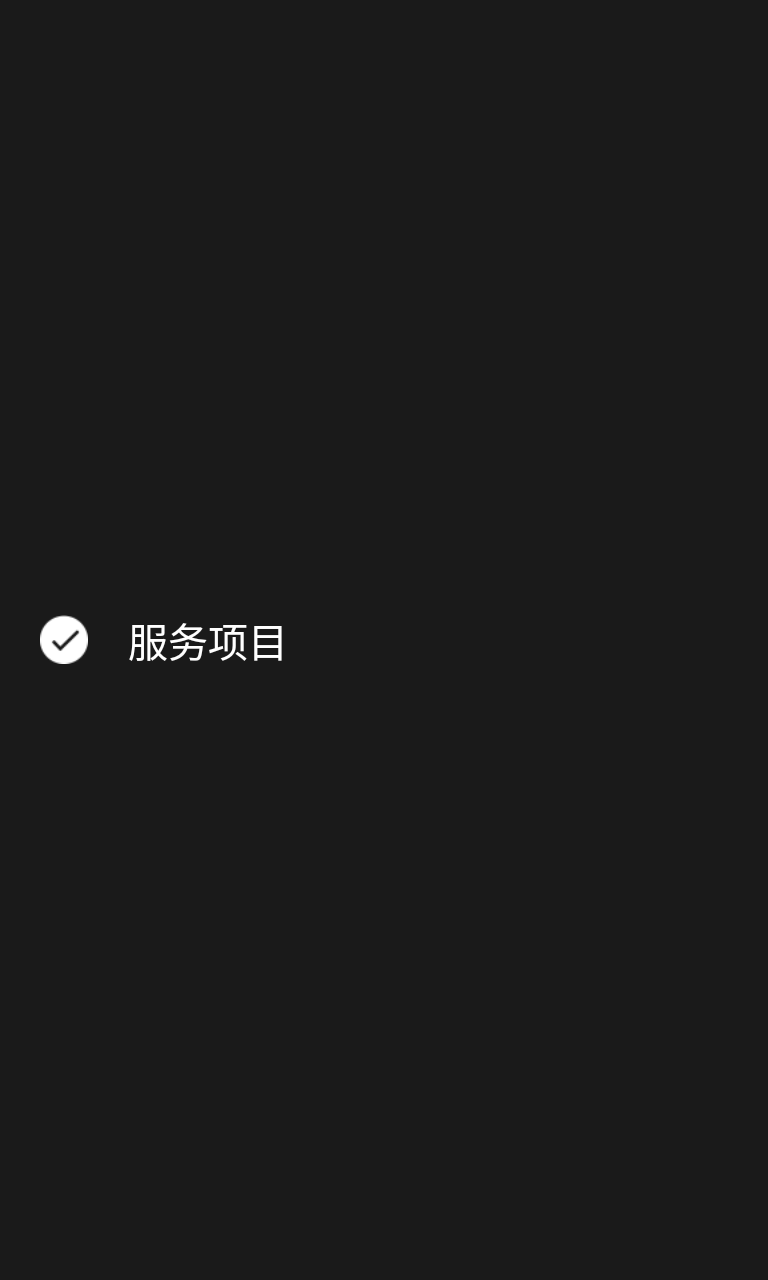
Repository: appleseedez/rongmeme-android
Layout: rmm/res/layout/star_small_item_appointment.xml
An editor plug-in stored every save of this project. The layout is shown before and after the next save, followed by the edit.
It is drawn on a 768 x 1280 px phone screen (xhdpi) without system bars, with theme AppTheme; the app's code is not run.

Above is the layout before, as saved 2014-07-02 13:09:47.

### rmm/res/layout/star_small_item_appointment.xml
<?xml version="1.0" encoding="utf-8"?>
<RelativeLayout xmlns:android="http://schemas.android.com/apk/res/android"
    android:id="@+id/ssi_top_navigation_bar"
    android:layout_width="fill_parent"
    android:layout_height="60dp"
    android:background="@drawable/small_category_bg_n" >

    <ImageButton
        android:id="@+id/ssia_small_category_checkbox_imageButton"
        android:layout_width="wrap_content"
        android:layout_height="wrap_content"
        android:layout_centerVertical="true"
        android:layout_marginLeft="20dp"
        android:background="@null"
        android:contentDescription="@string/ssia_small_category_checkbox_imageButton_desc"
        android:src="@drawable/item_checked" />

    <TextView
        android:id="@+id/ssia_small_category_name_title"
        android:layout_width="wrap_content"
        android:layout_height="wrap_content"
        android:layout_alignParentRight="true"
        android:layout_centerVertical="true"
        android:layout_marginLeft="20dp"
        android:layout_toRightOf="@id/ssia_small_category_checkbox_imageButton"
        android:singleLine="true"
        android:text="@string/ssia_small_category_name_title_text"
        android:textColor="@color/white"
        android:textSize="20sp" />

    <View
        android:layout_width="match_parent"
        android:layout_height="1.5dp"
        android:background="@null" >
    </View>

</RelativeLayout>

### rmm/res/values/styles.xml
<resources xmlns:android="http://schemas.android.com/apk/res/android">

    <!-- Application theme. -->
    <style name="AppTheme" parent="@android:style/Theme.Black.NoTitleBar">
        <!-- All customizations that are NOT specific to a particular API-level can go here. -->
    </style>

    <style name="CustomCheckboxTheme" parent="@android:style/Widget.CompoundButton.CheckBox">
        <item name="android:button">@drawable/checkbox_style</item>
    </style>

    <style name="title">
        <item name="android:layout_height">wrap_content</item>
        <item name="android:layout_width">wrap_content</item>
        <item name="android:background">@null</item>
        <item name="android:gravity">center</item>
        <item name="android:textColor">@android:color/white</item>
        <item name="android:textSize">18sp</item>
    </style>

    <style name="button" parent="@style/title">
        <item name="android:background">@drawable/btn_button</item>
    </style>

    <style name="title.small" parent="@style/title">
        <item name="android:textSize">16sp</item>
    </style>

    <style name="itembg">
        <item name="android:background">#44aaaaaa</item>
        <item name="android:minHeight">60dip</item>
        <item name="android:paddingBottom">14dip</item>
        <item name="android:paddingLeft">20dip</item>
        <item name="android:paddingRight">20dip</item>
        <item name="android:paddingTop">14dip</item>
    </style>

    <style name="edit">
        <item name="android:layout_height">wrap_content</item>
        <item name="android:layout_width">wrap_content</item>
        <item name="android:textColorHint">@android:color/white</item>
        <item name="android:background">@drawable/edit</item>
        <item name="android:textColor">#797979</item>
        <item name="android:paddingLeft">10dip</item>
    </style>

    <style name="ratingbar" parent="@android:style/Widget.RatingBar">
        <item name="android:progressDrawable">@drawable/ratingbar</item>
        <item name="android:indeterminateDrawable">@drawable/ratingbar</item>
        <item name="android:minHeight">22dip</item>
        <item name="android:maxHeight">22dip</item>
    </style>

    <style name="share">
        <item name="android:layout_height">wrap_content</item>
        <item name="android:layout_width">wrap_content</item>
        <item name="android:minHeight">120dip</item>
        <item name="android:scaleType">centerInside</item>
        <item name="android:background">#44aaaaaa</item>
    </style>

    <style name="dialog" parent="@android:style/Theme.Dialog">
        <item name="android:windowIsTranslucent">false</item>
        <item name="android:windowNoTitle">true</item>
        <item name="android:windowFrame">@null</item>
        <item name="android:windowBackground">@android:color/transparent</item>
        <item name="android:windowIsFloating">true</item>
        <item name="android:windowContentOverlay">@null</item>
        <item name="android:windowTitleStyle">@null</item>
        <item name="android:windowAnimationStyle">@android:style/Animation.Dialog</item>
        <item name="android:windowSoftInputMode">stateUnspecified|adjustPan</item>
        <item name="android:backgroundDimEnabled">false</item>
        <item name="android:background">@android:color/transparent</item>
    </style>

    <style name="order_server_empty">
        <item name="android:layout_height">wrap_content</item>
        <item name="android:layout_width">0dp</item>
        <item name="android:drawableTop">@drawable/icon_order_server_empty</item>
        <item name="android:gravity">center_horizontal</item>
        <item name="android:drawablePadding">10dp</item>
        <item name="android:text">@string/order_server_text_default</item>
        <item name="android:textColor">@android:color/white</item>
        <item name="android:textSize">16sp</item>
    </style>

</resources>

### rmm/res/values/strings.xml
<?xml version="1.0" encoding="utf-8"?>
<resources>
    <string name="app_name">蓉么么</string>
    <string name="menu_settings">Settings</string>
    <string name="pull_to_refresh_tap_label">Tap to refresh</string>
    <string name="pull_to_refresh_refreshing_label">刷新</string>
    <string name="pull_to_refresh_footer_refreshing_label">加载中</string>
    <string name="refresh_down_text">下拉刷新</string>
    <string name="refresh_release_text">松开后刷新</string>
    <string name="xlistview_header_hint_normal">下拉刷新</string>
    <string name="xlistview_header_hint_ready">松开刷新数据</string>
    <string name="xlistview_header_hint_loading">正在加载...</string>
    <string name="xlistview_header_last_time">上次更新时间：</string>
    <string name="xlistview_footer_hint_normal">查看更多</string>
    <string name="xlistview_footer_hint_ready">松开载入更多</string>
    <string name="no_network_connected_status_pop">亲网络不给力啊</string>
    <string name="no_location_error">暂时无法获取当前位置</string>
    <string name="nha_no_net_work_toast">亲，没有网络，请返回在设置中打开网络连接才能定位。</string>
    <!-- dengjie -->
    <string name="back_navigation_imagebutton_desc">返回按钮</string>
    <string name="cleaning_tv_title_text">保洁</string>
    <string name="cleaning_view_flow_btn_text">观看流程</string>
    <string name="cleaning_custom_flow_btn_text">我要定制</string>
    <string name="si_big_category_start_level_imageview_desc">保洁星级服务大类icon</string>
    <string name="si_big_category_pull_down_imageButton_desc">保洁星级下拉按钮icon</string>
    <string name="ssi_small_category_name_title_text">服务项目</string>
    <string name="ssi_small_category_checkbox_imageButton_desc">勾选框</string>
    <string name="he_tv_title_text">钟点工</string>
    <string name="he_next_flow_button_desc">钟点工下一步按钮</string>
    <string name="employee_default_nickname_text">钟艳</string>
    <string name="employee_head_portrait_imageview_des">钟点工的圆角头像</string>
    <string name="ca_tip_msg_textview_defalut_text">您选择了一星保洁服务</string>
    <string name="ca_confirm_appointment_btn_text">确认预约</string>
    <string name="ca_contact_custom_service_text">联系客服</string>
    <string name="ssia_small_category_checkbox_imageButton_desc">勾选框</string>
    <string name="ssia_small_category_name_title_text">服务项目</string>
    <string name="cc_confirm_appointment_btn_text">确认预约</string>
    <string name="cc_contact_custom_service_text">联系客服</string>
    <string name="cc_tip_msg_textview_defalut_text">请选择您需要的服务</string>
    <string name="cc_tv_title_text">自选服务</string>
    <string name="hsa_tv_title_text">预约</string>
    <string name="hsa_tip_msg_textview_defalut_text">您已选择以下服务人员</string>
    <string name="hsa_send_appointment_btn_text">发送预约</string>
    <string name="hsa_phone_textview_hint">请输入手机号码</string>
    <string name="nmd_msg_content_textview_default_text">预约单已经发送\n稍后客服人员会通过\n%s\n联系您</string>
    <string name="nmd_msg_content_textview_default_faild_text">亲网络不好，请稍等一下</string>
    <string name="nmd_close_btn_desc">弹出框的描述</string>
    <string name="sss_tv_title_text">选择门店</string>
    <string name="he_send_appointment_no_phone_error">请输入手机号</string>
    <string name="confirm_custom_appointment_no_check">请选择服务内容</string>

    <item name="cleaning_big_category_tag" type="id"></item>

    <!-- dengjie -->

	<!-- Common -->
	  <string name="image_content_description">占位图标</string>

    <!-- Portal -->
    <string name="activity_label_app_portal">AppPortal</string>
    <string name="label_app_portal_user_center">个人中心</string>
    <string name="label_app_portal_dry_cleaning">干洗</string>
    <string name="label_app_portal_scan_barcode">扫一扫</string>

    <!-- Navigator -->
    <string name="label_navigator_backward">返回</string>
    <string name="label_navigator_forward"></string>
    <string name="label_navigator_forward_refresh">刷新</string>
    <string name="label_navigator_forward_comment">评价</string>
    <string name="label_navigator_title"></string>

    <!-- Dry Cleaning -->
    <string name="activity_label_dry_cleaning_portal">干洗</string>
    <string name="activity_label_dry_cleaning_reservation">干洗预约单</string>
    <string name="dry_cleaning_navigator_title">干洗列表</string>
    <string name="dry_cleaning_navigator_forward">选择</string>
    <string name="dry_cleaning_reserve_title">干洗预约</string>
    <string name="dry_cleaning_reserve_support">联系客服</string>
    <string name="dry_cleaning_reserve_telephone">联系电话</string>
    <string name="dry_cleaning_reserve_address">联系地址</string>
    <string name="dry_cleaning_reserve_confirmed">确认预定</string>
    <string name="dry_cleaning_reserve_failture">预定失败</string>
     <string name="dry_cleaning_reserve_disclaimer_title">免责声明</string>
    <string name="dry_cleaning_reserve_disclaimer">免责声明免责声明免责声明免责声明免责声明免责声明免责声明免责声明免责声明免责声明免责声明免责声明免责声明免责声明免责声明免责声明免责声明免责声明免责声明免责声明免责声明免责声明免责声明免责声明免责声明免责声明免责声明免责声明</string>
    <string name="dry_cleaning_reserve_disclaimer_accept">同意</string>
    <string name="dry_cleaning_reserve_disclaimer_notification">请查看并同意免责声明</string>
    <string name="dry_cleaning_reserve_good">物品</string>
    <string name="dry_cleaning_reserve_amount">数量</string>
    <string name="dry_cleaning_reserve_price">单价</string>
    <string name="dry_cleaning_reserve_total_price">总计</string>
    <string name="dry_cleaning_reserve_send_reservation">发送预约</string>
    <string name="dry_cleaning_reserve_notification_part_a">预约单已经发送\n稍后客服人员会通过\n</string>
    <string name="dry_cleaning_reserve_notification_part_b">\n联系您</string>

    <!-- User Center -->
    <string name="activity_label_user_center_portal">个人中心</string>
    <string name="activity_label_user_order_detail">订单详情</string>
    <string name="activity_label_user_profile">个人设置</string>
    <string name="user_center_forward_label">个人设置</string>
    <string name="user_profile_telephone_label">联系电话</string>
    <string name="user_profile_address_label">联系地址</string>
    <string name="user_profile_address_changed_success">修改成功</string>
    <string name="user_profile_address_changed_failture">修改失败</string>
    <string name="title_activity_order_portal">OrderPortal</string>

    <!-- User Order -->
    <string name="order_type_text_unknown">未知订单</string>
    <string name="order_type_text_cleaning">保洁订单</string>
    <string name="order_type_text_dry_cleaning">干洗订单</string>
    <string name="order_status_text_unknown">未服务</string>
    <string name="order_status_text_pending">未服务</string>
    <string name="order_status_text_unassigned">处理中</string>
    <string name="order_status_text_serving">服务中</string>
    <string name="order_status_text_served">已完成</string>
    <string name="order_status_text_served_text">服务完成</string>
    <string name="order_status_text_cancelled">取消</string>
    <string name="order_service_text_title">名称</string>
    <string name="order_service_text_amount">数量</string>
    <string name="order_service_text_price">单价</string>
    <string name="order_service_text_total_price">总计</string>

    <!-- Payment -->
    <string name="payment_alipay_label">使用支付宝支付</string>
    <string name="payment_alipay_success">支付成功</string>
    <string name="payment_alipay_failture">支付成功</string>
    <string name="payment_order_type_cleaning">蓉么么保洁服务订单</string>
    <string name="payment_order_type_dry_cleaning">蓉么么干洗服务订单</string>
    <string name="payment_order_type_hourly_worker">蓉么么钟点工服务订单</string>
    <string name="payment_order_description">随便说说就好 这是文案</string>
</resources>

### rmm/res/values/colors.xml
<?xml version="1.0" encoding="utf-8"?>
<resources>

    <color name="title">#ba4c62</color>
    <color name="black">#000000</color>
    <color name="white">#FFFFFF</color>
    <color name="blue">#6BADF6</color>
    <!-- 自定义的颜色，通用颜色 -->
    <!-- R:180 G:174 B:165 距离可以删除-->

    <!-- R197G191B186 -->
    <color name="R197G191B186">#C5BFBA</color>
    <color name="R199G183B161">#C7B7A1</color>
    <color name="R144G140B131">#6B6557</color>
    <color name="R96G99B102">#606366</color>
    <color name="R219G185B111">#DBB96F</color>
    <color name="R61G85B1">#3D5501</color>

	<color name="backgroud_black">#66222222</color>
	<color name="backgroud_white">#66FFFFFF</color>

	<color name="R61G85B1">#618510</color>
</resources>

After the next save:
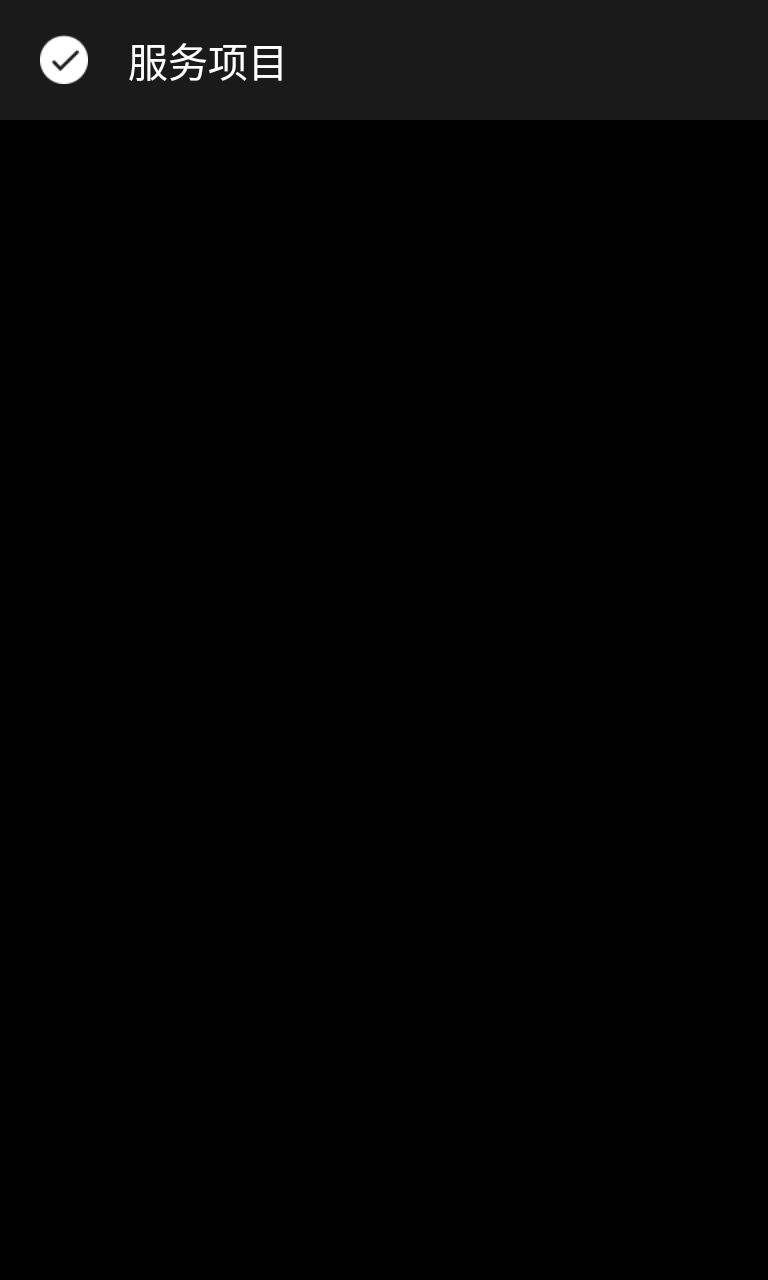
Saved 52 s later.
--- a/rmm/res/layout/star_small_item_appointment.xml
+++ b/rmm/res/layout/star_small_item_appointment.xml
@@ -1,4 +1,8 @@
 <?xml version="1.0" encoding="utf-8"?>
+<LinearLayout xmlns:android="http://schemas.android.com/apk/res/android"
+    android:layout_width="match_parent"
+    android:layout_height="wrap_content"
+    android:orientation="horizontal" >
 <RelativeLayout xmlns:android="http://schemas.android.com/apk/res/android"
     android:id="@+id/ssi_top_navigation_bar"
     android:layout_width="fill_parent"
@@ -28,10 +32,12 @@
         android:textColor="@color/white"
         android:textSize="20sp" />
 
+
+</RelativeLayout>
+
     <View
         android:layout_width="match_parent"
         android:layout_height="1.5dp"
         android:background="@null" >
     </View>
-
-</RelativeLayout>
+</LinearLayout>
